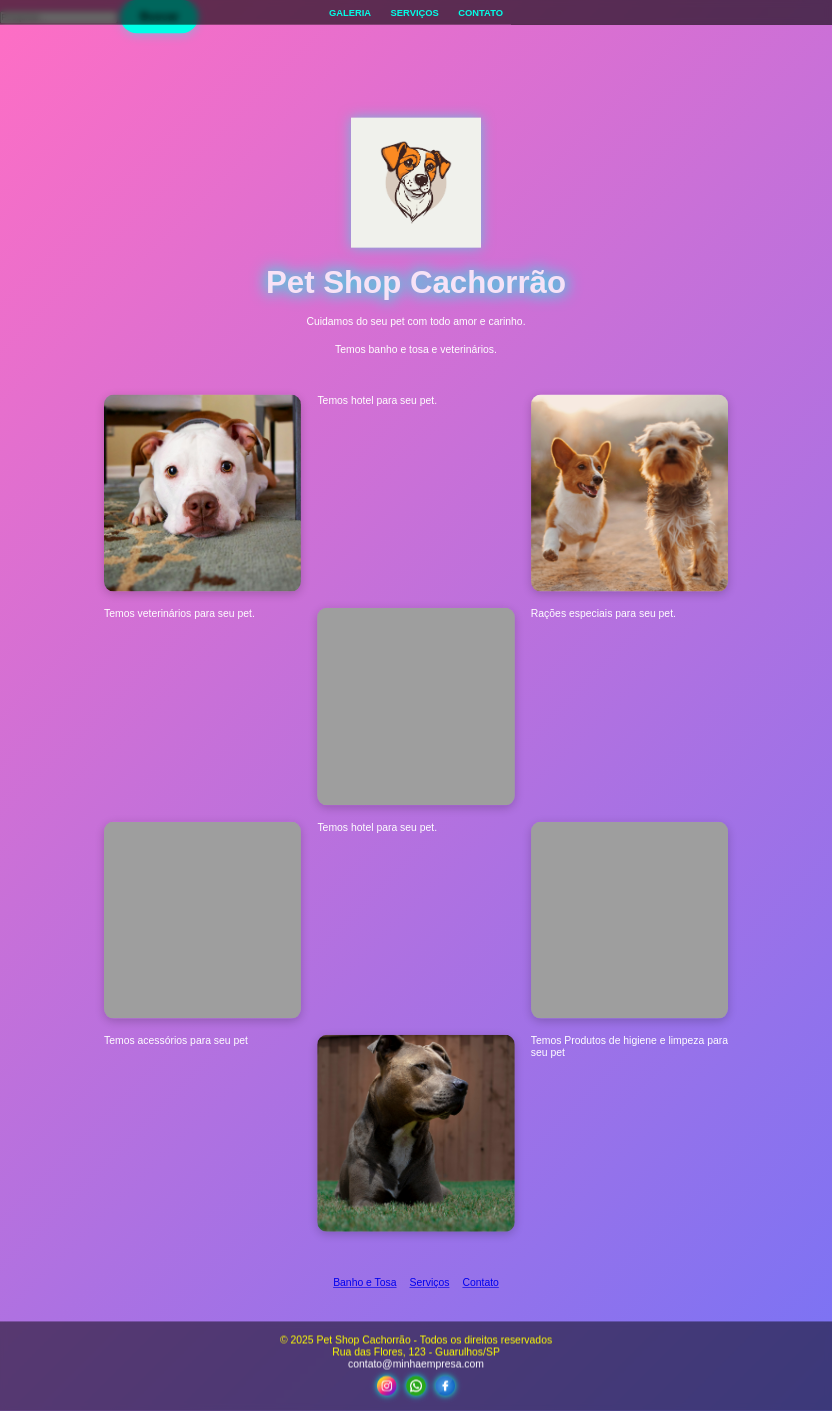
Repository: Sandro1969-tech/Desafio-petshop
Page: index.html
The author's editor kept a copy of each file at every save. The page is drawn from the files as they stood at one save, then again after the next save.
The browser window is 1280 px wide. The pictures show the whole page, at 65% of full size.
Pictures or frames that could not be fetched are drawn as grey boxes.

Above is the page before, as saved 2025-12-11 20:01:22.

After the next save:
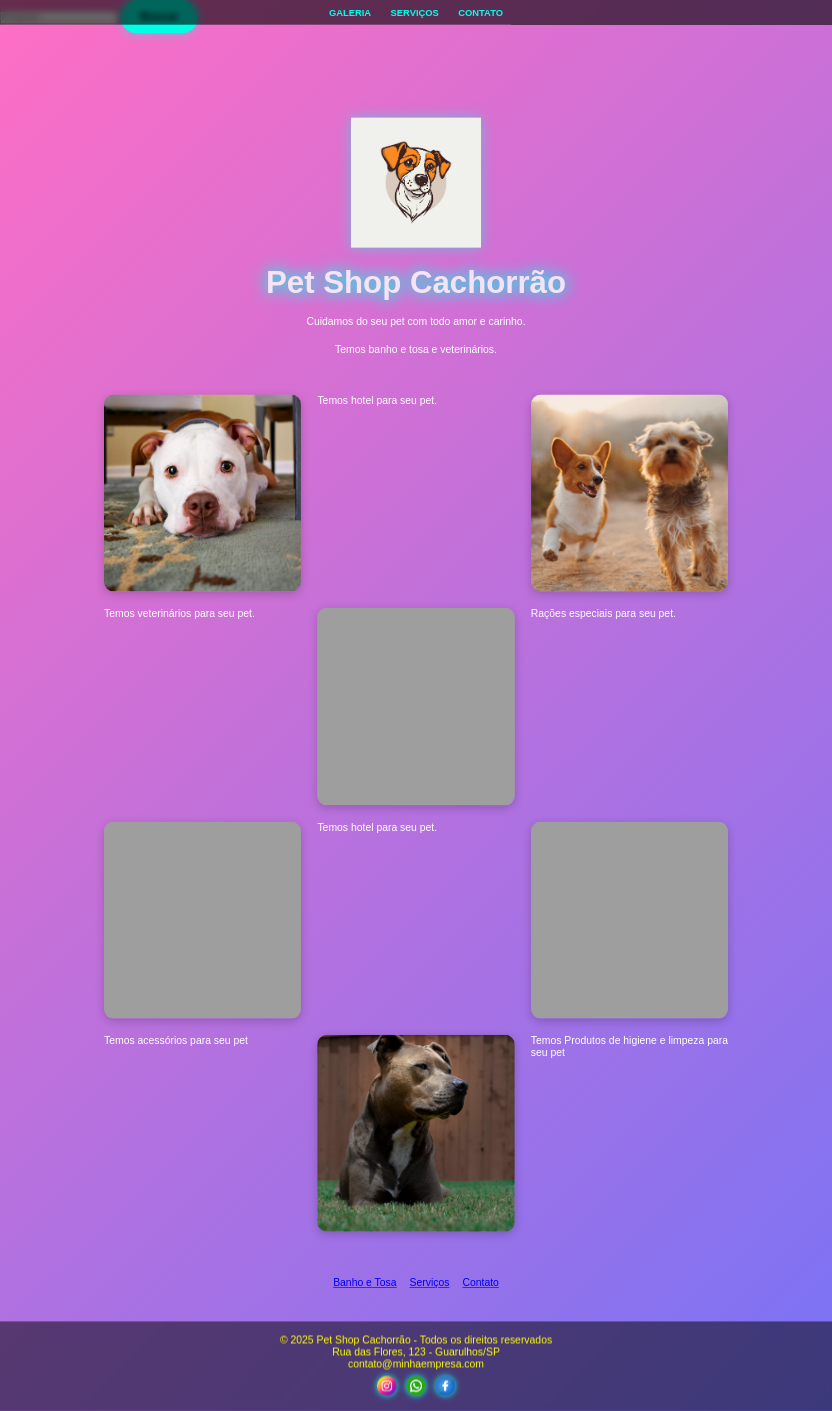
Saved 7 s later.
--- a/index.html
+++ b/index.html
@@ -59,7 +59,7 @@
   <footer id="contact">
     <p  style="color: yellow;">© 2025 Pet Shop Cachorrão - Todos os direitos reservados</p>
     <p style="color: yellow;"> Rua das Flores, 123 - Guarulhos/SP</p>
-    <p style="color: ;" (11) 1234-5678 | Email: <a href="mailto:contato@minhaempresa.com">contato@minhaempresa.com</a></p>
+    <p style="color: yellow;" (11) 1234-5678 | Email: <a href="mailto:contato@minhaempresa.com">contato@minhaempresa.com</a></p>
     <div class="social-icons">
       <a href="https://instagram.com/seuPerfil" target="_blank" aria-label="Instagram">
         <img src="assets/image/instagram.png" alt="Instagram">

After the save that followed:
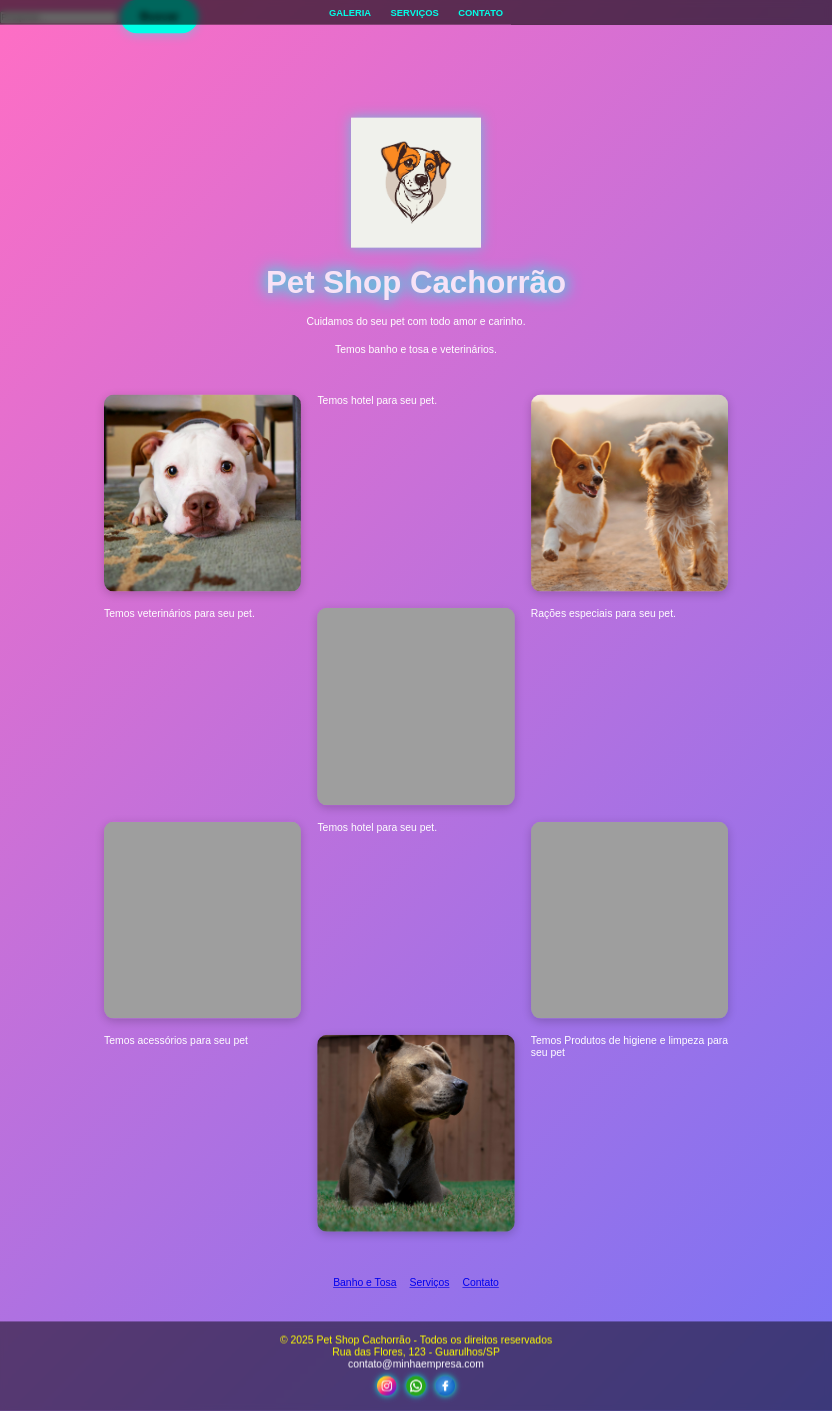
Saved 23 s later.
--- a/index.html
+++ b/index.html
@@ -59,7 +59,7 @@
   <footer id="contact">
     <p  style="color: yellow;">© 2025 Pet Shop Cachorrão - Todos os direitos reservados</p>
     <p style="color: yellow;"> Rua das Flores, 123 - Guarulhos/SP</p>
-    <p style="color: yellow;" (11) 1234-5678 | Email: <a href="mailto:contato@minhaempresa.com">contato@minhaempresa.com</a></p>
+    <p ;" (11) 1234-5678 | Email: <a href="mailto:contato@minhaempresa.com">contato@minhaempresa.com</a></p>
     <div class="social-icons">
       <a href="https://instagram.com/seuPerfil" target="_blank" aria-label="Instagram">
         <img src="assets/image/instagram.png" alt="Instagram">
